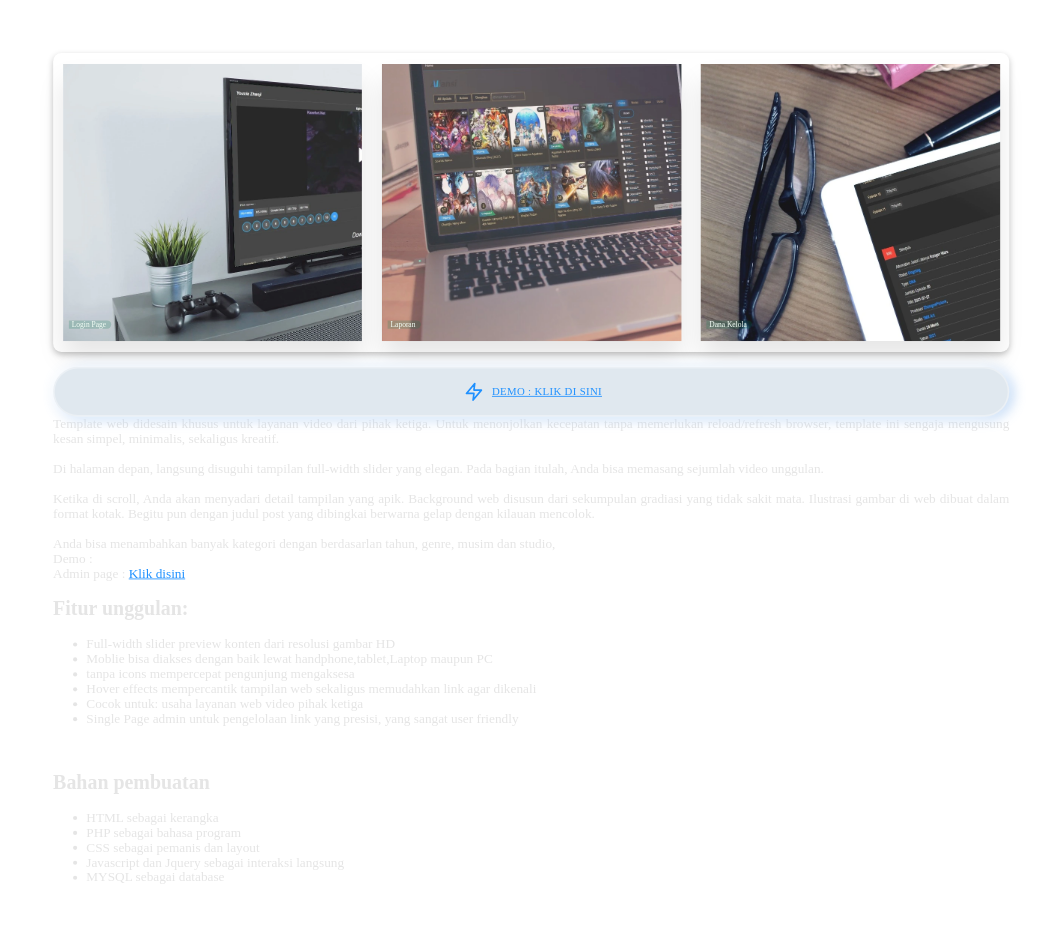
Repository: yusup-maulana/yusup-maulana.github.io
Page: portofolio-webanime.html
An editor plug-in stored every save of this project. The page is shown before and after the next save, followed by the edit.
The browser window is 1280 px wide. The pictures show the whole page, at 83% of full size.
Some web fonts or font styles are not loaded; a fallback is used.

Above is the page before, as saved 2023-10-06 21:46:11.

### portofolio-webanime.html
<style type="text/css">
  @import url("https://fonts.googleapis.com/css?family=Baloo+Chettan+2&display=swap");

  .body2::-webkit-scrollbar {
    width: 0.5em;
  }

  .body2::-webkit-scrollbar-track {
    box-shadow: inset 0 0 6px rgb(167 167 167 / 41%);
    background-color: #061e29;
  }

  .body2::-webkit-scrollbar-thumb {
    background-color: #00f1ffab;
  }

  .body2 {
    font-family: "Baloo Chettan 2";
    color: #e5e5e5;
    margin: 2%;
    text-align: justify;
    padding: 3%;
  }

  .body2 a {
    color: dodgerblue;
  }

  /* table wisata ...................*/
  .twisata {
  }

  .twisata tr {
    background: linear-gradient(90deg, #1193a1, transparent);
    color: white;
    font-weight: 900;
    border: 3px solid #ffffff;
  }

  .twisata tr td {
  }

  .twisata tr td span {
    background: #bdffda;
    font-weight: 900;
    padding: 1px 6px;
    border-radius: 5px;
    color: #08102b;
  }

  /* wisata-container ...................*/
  .container-wisata {
    box-shadow: rgb(0 0 0 / 24%) 0px 3px 8px;
    display: flex;
    width: 100%;
    padding: 1% 0%;
    box-sizing: border-box;
    height: 50vh;
    border-radius: 10px;
  }

  .boxwisata {
    flex: 1;
    overflow: hidden;
    transition: 0.5s;
    margin: 1px 1%;
    box-shadow: 0 20px 30px rgba(0, 0, 0, 0.1);
    line-height: 0;
  }

  .boxwisata > img {
    width: 200%;
    height: calc(100% - 10vh);
    object-fit: cover;
    transition: 0.5s;
    height: 100% !important;
  }

  .boxwisata > span {
    position: relative;
    left: 7px;
    font-size: xx-small;
    color: #f5fff7 !important;
    bottom: 20px;
    white-space: nowrap;
    background-color: rgb(1 118 74 / 20%);
    padding: 0 6px 0 4px;
    border-radius: 0 10px 10px 0;
  }

  .boxwisata:hover {
    flex: 1 1 50%;
  }

  .boxwisata:hover > img {
    width: 100%;
    height: 100%;
  }

  .btn-portofolio {
    display: flex;
    align-items: center;
    justify-content: center;
    gap: 10px;
    font-family: inherit;
    font-size: 13px;
    font-weight: 500;
    text-transform: uppercase;
    letter-spacing: 0.4px;
    color: #7e97b8;
    background-color: #e0e8ef;
    border-style: solid;
    border-width: 2px 2px 2px 2px;
    border-color: rgba(255, 255, 255, 0.333);
    border-radius: 40px 40px 40px 40px;
    padding: 16px 24px 16px 28px;
    transform: translate(0px, 0px) rotate(0deg);
    transition: 0.2s;
    box-shadow: -4px -2px 16px 0px #ffffff,
      4px 2px 16px 0px rgb(95 157 231 / 48%);
  }

  .btn-portofolio:hover {
    color: #516d91;
    background-color: #e5edf5;
    box-shadow: -2px -1px 8px 0px #ffffff, 2px 1px 8px 0px rgb(95 157 231 / 48%);
  }

  .btn-portofolio:active {
    box-shadow: none;
  }
</style>
<div class="container-wisata">
  <div class="boxwisata">
    <img alt="Curug Cipalasari" src="IMG/websiteanime/webanime1.webp" />
    <span>Login Page</span>
  </div>
  <div class="boxwisata">
    <img alt="Curug Cipalasari" src="IMG/websiteanime/webanime2.webp" />
    <span>Laporan</span>
  </div>
  <div class="boxwisata">
    <img alt="Curug Cipalasari" src="IMG/websiteanime/webanime3.webp" />
    <span>Dana Kelola</span>
  </div>
</div>
<br />

<body class="body2">
  <a
    class="btn-portofolio"
    target="_blank"
    href="https://maulanaproject1.000webhostapp.com/"
  >
    <svg
      viewBox="0 0 24 24"
      width="24"
      height="24"
      stroke="currentColor"
      stroke-width="2"
      fill="none"
      stroke-linecap="round"
      stroke-linejoin="round"
      class="css-i6dzq1"
    >
      <polygon points="13 2 3 14 12 14 11 22 21 10 12 10 13 2"></polygon>
    </svg>
    Demo : Klik di sini
  </a>

  Template web didesain khusus untuk layanan video dari pihak ketiga. Untuk
  menonjolkan kecepatan tanpa memerlukan reload/refresh browser, template ini
  sengaja mengusung kesan simpel, minimalis, sekaligus kreatif. <br /><br />
  Di halaman depan, langsung disuguhi tampilan full-width slider yang elegan.
  Pada bagian itulah, Anda bisa memasang sejumlah video unggulan.
  <br /><br />
  Ketika di scroll, Anda akan menyadari detail tampilan yang apik. Background
  web disusun dari sekumpulan gradiasi yang tidak sakit mata. Ilustrasi gambar
  di web dibuat dalam format kotak. Begitu pun dengan judul post yang dibingkai
  berwarna gelap dengan kilauan mencolok.
  <br /><br />
  Anda bisa menambahkan banyak kategori dengan berdasarlan tahun, genre, musim
  dan studio, <br />
  Demo :

  <br />
  Admin page :
  <a
    target="_blank"
    href="https://maulanaproject1.000webhostapp.com/anime/admin_utama.php"
    >Klik disini</a
  ><br />
  <h2>Fitur unggulan:</h2>
  <ul>
    <li>Full-width slider preview konten dari resolusi gambar HD</li>
    <li>
      Moblie bisa diakses dengan baik lewat handphone,tablet,Laptop maupun PC
    </li>
    <li>tanpa icons mempercepat pengunjung mengaksesa</li>
    <li>
      Hover effects mempercantik tampilan web sekaligus memudahkan link agar
      dikenali
    </li>
    <li>Cocok untuk: usaha layanan web video pihak ketiga</li>
    <li>
      Single Page admin untuk pengelolaan link yang presisi, yang sangat user
      friendly
    </li>
  </ul>
  <br />
  <h2>Bahan pembuatan</h2>
  <ul>
    <li>HTML sebagai kerangka</li>
    <li>PHP sebagai bahasa program</li>
    <li>CSS sebagai pemanis dan layout</li>
    <li>Javascript dan Jquery sebagai interaksi langsung</li>
    <li>MYSQL sebagai database</li>
  </ul>
</body>

After the next save:
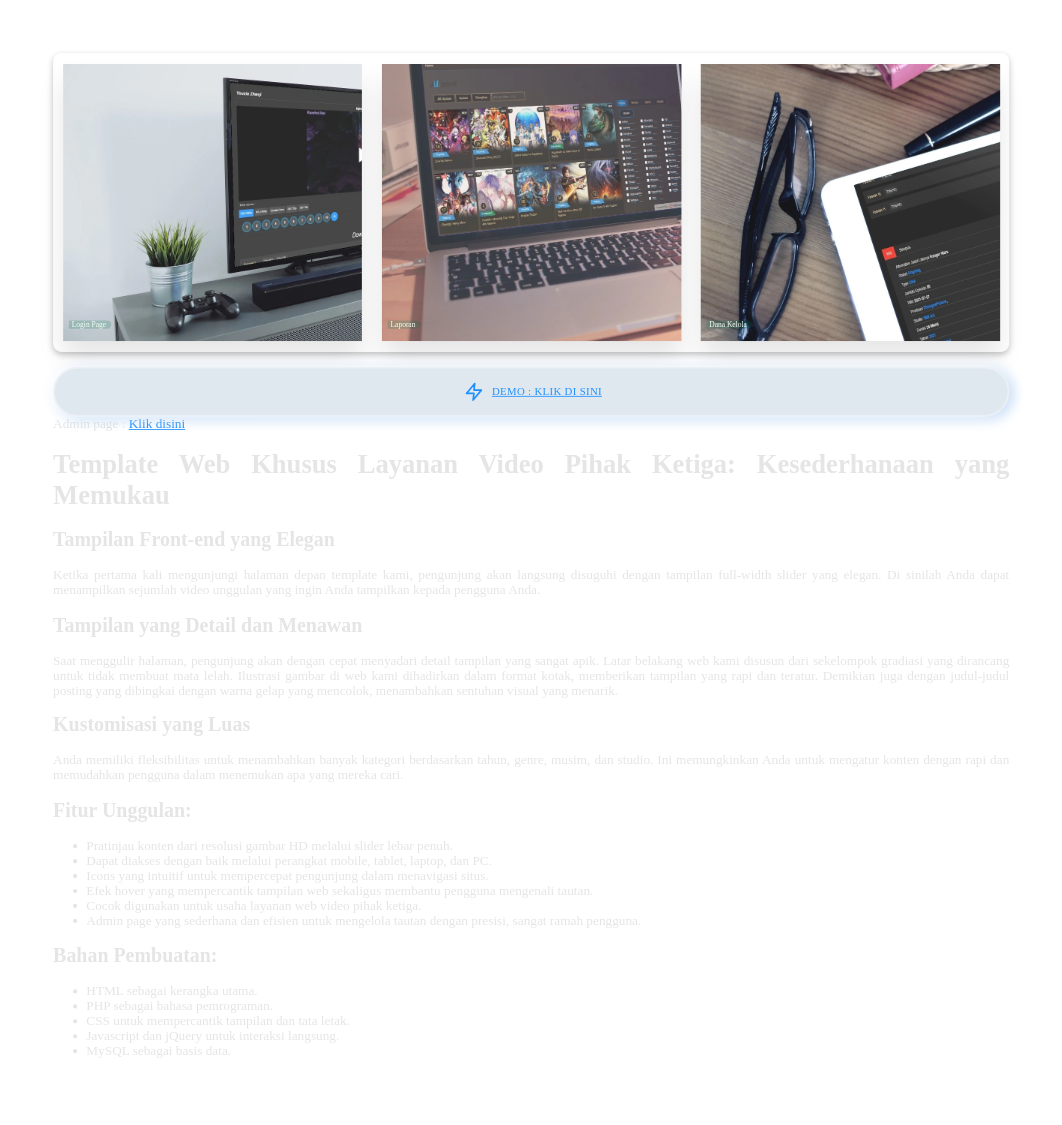
Saved 37 s later.
--- a/portofolio-webanime.html
+++ b/portofolio-webanime.html
@@ -167,53 +167,84 @@
     </svg>
     Demo : Klik di sini
   </a>
-
-  Template web didesain khusus untuk layanan video dari pihak ketiga. Untuk
-  menonjolkan kecepatan tanpa memerlukan reload/refresh browser, template ini
-  sengaja mengusung kesan simpel, minimalis, sekaligus kreatif. <br /><br />
-  Di halaman depan, langsung disuguhi tampilan full-width slider yang elegan.
-  Pada bagian itulah, Anda bisa memasang sejumlah video unggulan.
-  <br /><br />
-  Ketika di scroll, Anda akan menyadari detail tampilan yang apik. Background
-  web disusun dari sekumpulan gradiasi yang tidak sakit mata. Ilustrasi gambar
-  di web dibuat dalam format kotak. Begitu pun dengan judul post yang dibingkai
-  berwarna gelap dengan kilauan mencolok.
-  <br /><br />
-  Anda bisa menambahkan banyak kategori dengan berdasarlan tahun, genre, musim
-  dan studio, <br />
-  Demo :
-
-  <br />
   Admin page :
   <a
     target="_blank"
     href="https://maulanaproject1.000webhostapp.com/anime/admin_utama.php"
     >Klik disini</a
-  ><br />
-  <h2>Fitur unggulan:</h2>
-  <ul>
-    <li>Full-width slider preview konten dari resolusi gambar HD</li>
-    <li>
-      Moblie bisa diakses dengan baik lewat handphone,tablet,Laptop maupun PC
-    </li>
-    <li>tanpa icons mempercepat pengunjung mengaksesa</li>
-    <li>
-      Hover effects mempercantik tampilan web sekaligus memudahkan link agar
-      dikenali
-    </li>
-    <li>Cocok untuk: usaha layanan web video pihak ketiga</li>
-    <li>
-      Single Page admin untuk pengelolaan link yang presisi, yang sangat user
-      friendly
-    </li>
-  </ul>
-  <br />
-  <h2>Bahan pembuatan</h2>
-  <ul>
-    <li>HTML sebagai kerangka</li>
-    <li>PHP sebagai bahasa program</li>
-    <li>CSS sebagai pemanis dan layout</li>
-    <li>Javascript dan Jquery sebagai interaksi langsung</li>
-    <li>MYSQL sebagai database</li>
-  </ul>
+  >
+  <header>
+    <h1>
+      Template Web Khusus Layanan Video Pihak Ketiga: Kesederhanaan yang Memukau
+    </h1>
+  </header>
+
+  <section>
+    <h2>Tampilan Front-end yang Elegan</h2>
+    <p>
+      Ketika pertama kali mengunjungi halaman depan template kami, pengunjung
+      akan langsung disuguhi dengan tampilan full-width slider yang elegan. Di
+      sinilah Anda dapat menampilkan sejumlah video unggulan yang ingin Anda
+      tampilkan kepada pengguna Anda.
+    </p>
+  </section>
+
+  <section>
+    <h2>Tampilan yang Detail dan Menawan</h2>
+    <p>
+      Saat menggulir halaman, pengunjung akan dengan cepat menyadari detail
+      tampilan yang sangat apik. Latar belakang web kami disusun dari sekelompok
+      gradiasi yang dirancang untuk tidak membuat mata lelah. Ilustrasi gambar
+      di web kami dihadirkan dalam format kotak, memberikan tampilan yang rapi
+      dan teratur. Demikian juga dengan judul-judul posting yang dibingkai
+      dengan warna gelap yang mencolok, menambahkan sentuhan visual yang
+      menarik.
+    </p>
+  </section>
+
+  <section>
+    <h2>Kustomisasi yang Luas</h2>
+    <p>
+      Anda memiliki fleksibilitas untuk menambahkan banyak kategori berdasarkan
+      tahun, genre, musim, dan studio. Ini memungkinkan Anda untuk mengatur
+      konten dengan rapi dan memudahkan pengguna dalam menemukan apa yang mereka
+      cari.
+    </p>
+  </section>
+
+  <section>
+    <h2>Fitur Unggulan:</h2>
+    <ul>
+      <li>
+        Pratinjau konten dari resolusi gambar HD melalui slider lebar penuh.
+      </li>
+      <li>
+        Dapat diakses dengan baik melalui perangkat mobile, tablet, laptop, dan
+        PC.
+      </li>
+      <li>
+        Icons yang intuitif untuk mempercepat pengunjung dalam menavigasi situs.
+      </li>
+      <li>
+        Efek hover yang mempercantik tampilan web sekaligus membantu pengguna
+        mengenali tautan.
+      </li>
+      <li>Cocok digunakan untuk usaha layanan web video pihak ketiga.</li>
+      <li>
+        Admin page yang sederhana dan efisien untuk mengelola tautan dengan
+        presisi, sangat ramah pengguna.
+      </li>
+    </ul>
+  </section>
+
+  <section>
+    <h2>Bahan Pembuatan:</h2>
+    <ul>
+      <li>HTML sebagai kerangka utama.</li>
+      <li>PHP sebagai bahasa pemrograman.</li>
+      <li>CSS untuk mempercantik tampilan dan tata letak.</li>
+      <li>Javascript dan jQuery untuk interaksi langsung.</li>
+      <li>MySQL sebagai basis data.</li>
+    </ul>
+  </section>
 </body>
